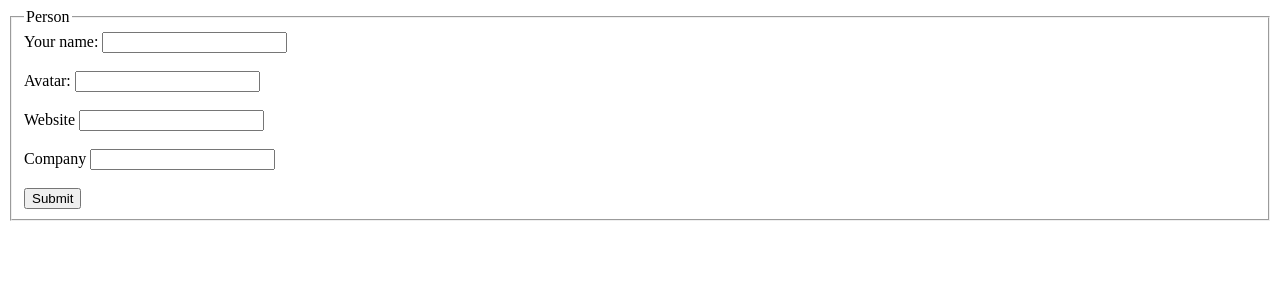
Repository: nttthao9/management
Page: index.html
The author's editor kept a copy of each file at every save. The page is drawn from the files as they stood at one save, then again after the next save.
The browser window is 1280 px wide. The pictures show the whole page.

Above is the page before, as saved 2021-10-13 09:15:08.

After the next save:
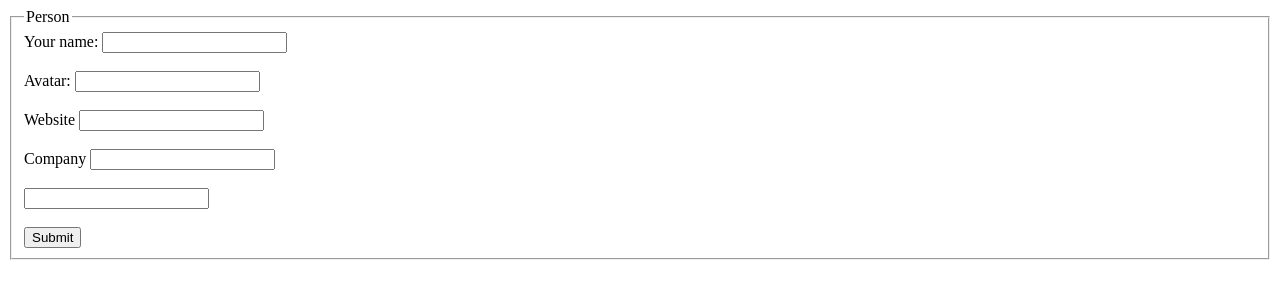
Saved 4 min 8 s later.
--- a/index.html
+++ b/index.html
@@ -19,9 +19,13 @@
       <label for="link-web">Website</label>
       <input type="link-web" id="link-web" name="link-web"><br><br>
       <label for="company">Company</label>
-      <input type="text" id="company" name="company"><br><br>
+      <input type="text" id="company-name" name="company-name"><br><br>
+      <input type="text" id="company-address" name="company-address"><br><br>
       <input type="submit" value="Submit">
     </fieldset>
+    <div class="manage">
+
+    </div>
   </form>
   <script src="./main.js"></script>
 </body>
